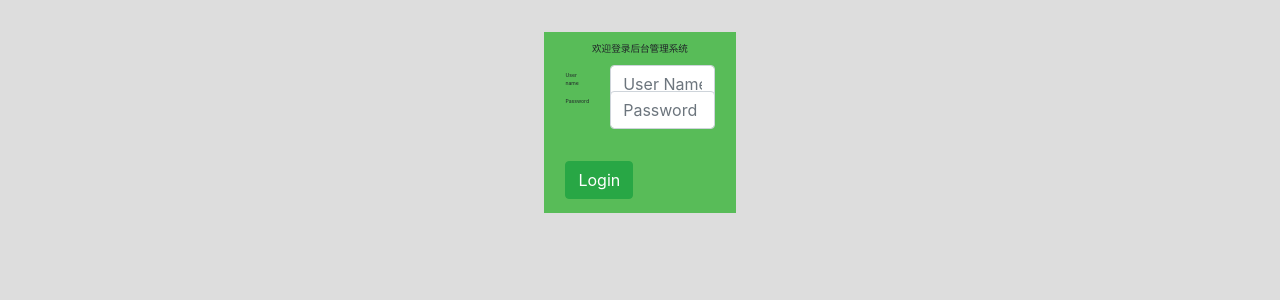
Repository: gzh51904/baiyangApp
Page: / (app in houtai/Vue-admin/)
The author's editor kept a copy of each file at every save. The page is drawn from the files as they stood at one save, then again after the next save.
The browser window is 1280 px wide. The pictures show the whole page.
The project was rebuilt for these pictures with package versions that can differ from the ones it lists, and the page was loaded fresh each time. Also part of the build but not shown: houtai/Vue-admin/vue.config.js.

Above is the page before, as saved 2019-05-11 10:40:02.

### houtai/Vue-admin/public/index.html
<!DOCTYPE html>
<html lang="en">
  <head>
    <meta charset="utf-8">
    <meta http-equiv="X-UA-Compatible" content="IE=edge">
    <meta name="viewport" content="width=device-width,initial-scale=1.0">
    <link rel="icon" href="<%= BASE_URL %>favicon.ico">
    <title>secco-admin</title>
    <style>
    html,body{
      width:100%;
      height:100%;
    }

    </style>
  </head>
  <body>

    <div id="app"></div>
    <!-- built files will be auto injected -->
  </body>
</html>

### houtai/Vue-admin/src/main.js
import Vue from 'vue'
import App from './App.vue'
import router from './router/router'
import store from './store'

// import axios from "axios";
// Vue.prototype.$axios = axios;

// import bootstrap lib to the project,没有路径就会直接去找node_modules
import "bootstrap";

import 'lib-flexible';
Vue.config.productionTip = false

new Vue({
  router,
  store,
  render: h => h(App)
}).$mount('#app')

### houtai/Vue-admin/src/App.vue
<template>
  <div id="app">

    <router-view/>
  </div>
</template>
<script>
export default {

}
</script>

<style>
@import  '../node_modules/bootstrap/dist/css/bootstrap.css';

#app{
  height:100%;
  width:100%;
  background-color: #ddd;
  overflow:hidden;
}
</style>

### houtai/Vue-admin/src/router/router.js
import Vue from 'vue'
import Router from 'vue-router'
import Login from '../pages/login.vue'


Vue.use(Router)

export default new Router({
  mode: 'history',
  base: process.env.BASE_URL,
  routes: [
    {
      path: '/',
      name: 'Login',
      component: Login
    },
    {
      path: '/admin',
      name: 'admin',
      meta: {
        requireAuth: true
      },
      // route level code-splitting
      // this generates a separate chunk (about.[hash].js) for this route
      // which is lazy-loaded when the route is visited.
      component: () => import(/* webpackChunkName: "about" */ '../pages/admin/admin.vue'),
      children: [
        {
          path: 'goods',
          name: 'goods',
          title: '商品管理',
          component: () => import('../pages/admin/goods/goods'),//路径要自己改
          children:[
            {
              path: 'list',
              name: 'list',
              title: '商品列表',
              component: () => import('../pages/admin/goods/list'),//路径要自己改
            },
            {
              path: 'categories',
              name: 'categories',
              title: '商品分类',
              component: () => import('../pages/admin/goods/categories'),//路径要自己改
            },
            {
              path: 'addgoods',
              name: 'addgoods',
              title: '添加商品',
              component: () => import('../pages/admin/goods/addgoods'),//路径要自己改
            },
          ]
        },
        {
          path: 'users',
          name: 'users',
          title: '用户管理',
          component: () => import('../pages/admin/users/users'),//路径要自己改
          children:[
            {
              path: 'list',
              name: 'list',
              title: '用户列表',
              component: () => import('../pages/admin/users/list'),//路径要自己改
            },
            {
              path: 'adduser',
              name: 'adduser',
              title: '添加用户',
              component: () => import('../pages/admin/users/adduser'),//路径要自己改
            },

          ]
        },
      ]
    }
  ]
})

### houtai/Vue-admin/src/store/index.js
import Vue from 'vue'
import Vuex from 'vuex'
import createPersistedState from 'vuex-persistedstate'

Vue.use(Vuex)

/* eslint-disable no-new */
const store = new Vuex.Store({
  plugins: [createPersistedState()],
  modules: {
  }
})

export default store

### houtai/Vue-admin/src/pages/login.vue
<template>
<div class="login">
    <h3>欢迎登录后台管理系统</h3>

<form class="login-form">
   <div class="form-group row" style="height:.6rem">
    <label for="inputUsername" class="col-sm-3 col-form-label">User name</label>
    <div class="col-sm-9">
      <input type="password" class="form-control" id="inputUsername" placeholder="User Name" >
    </div>
  </div>
  <div class="form-group row">
    <label for="inputPassword" class="col-sm-3 col-form-label">Password</label>
    <div class="col-sm-9">
      <input type="password" class="form-control" id="inputPassword" placeholder="Password">
    </div>
  </div>
  <button type="button" class="btn btn-success mt-3">Login</button>
</form>


</div>
</template>
<script>
export default {

}
</script>
<style lang="scss" scoped>
.login{
    margin: 2rem auto;
    overflow:hidden;
    width: 12rem;
    height:11.333333rem;
    /* height:5rem; */
    background-color:#58bc58;
    padding-top:.013333rem;
    h3{
        margin: .666667rem auto;
        text-align: center;
        font-size: .6rem;
        font-weight: 500;
    }
    .login-form{
      width:9.32rem;
        margin:0px auto;
        label{
            font-size: .32rem;
        }
        input{
           height: .6;
           ::placeholder{
               font-size: .32rem;
           }

        }
        button{
            margin:0 auto;
        }
    }
}
</style>

After the next save:
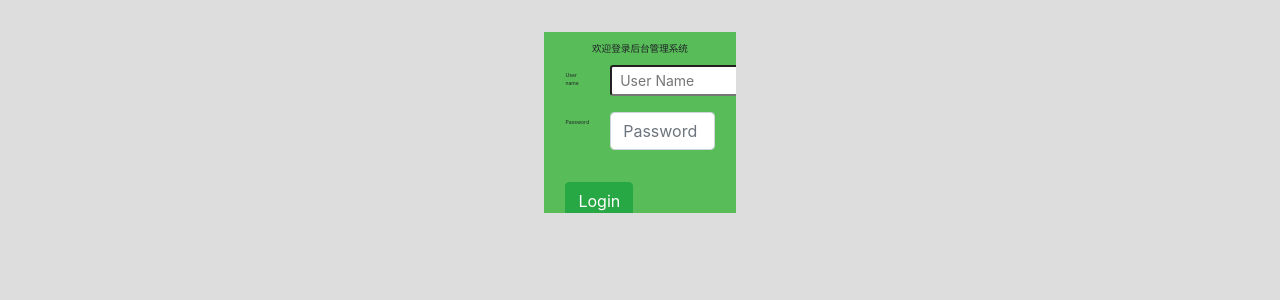
Saved 87 s later.
--- a/houtai/Vue-admin/src/pages/login.vue
+++ b/houtai/Vue-admin/src/pages/login.vue
@@ -3,10 +3,10 @@
     <h3>欢迎登录后台管理系统</h3>
 
 <form class="login-form">
-   <div class="form-group row" style="height:.6rem">
+   <div class="form-group row" >
     <label for="inputUsername" class="col-sm-3 col-form-label">User name</label>
     <div class="col-sm-9">
-      <input type="password" class="form-control" id="inputUsername" placeholder="User Name" >
+      <input type="password" class="form-control-sm" id="inputUsername" placeholder="User Name" >
     </div>
   </div>
   <div class="form-group row">
